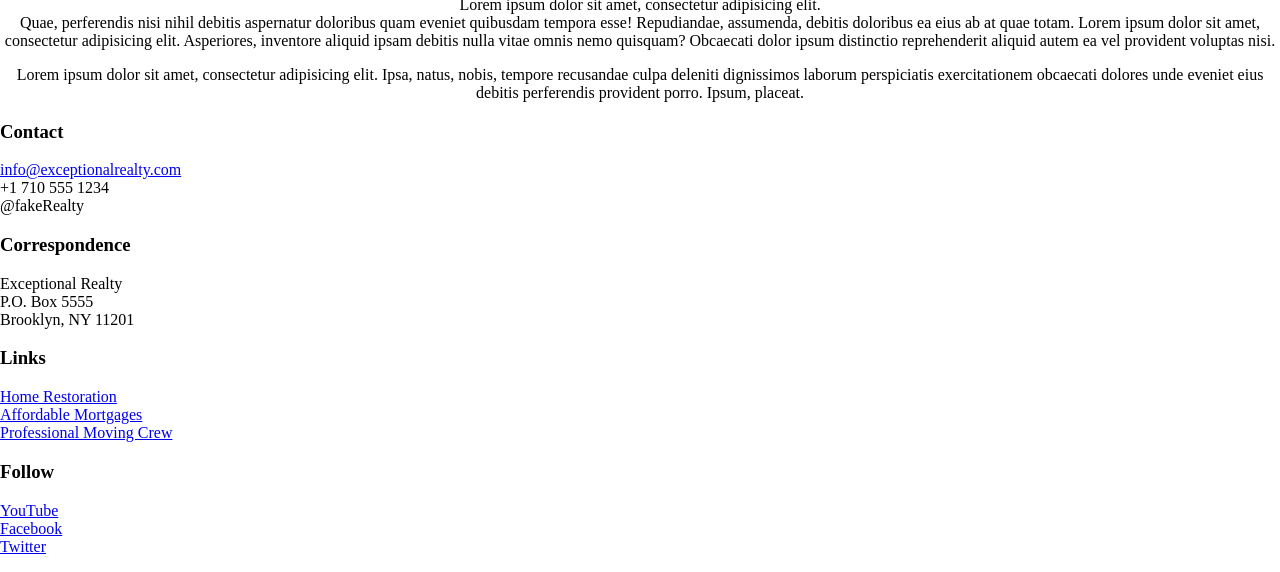
Repository: peterclermy232/phase-0-css-fundamentals-lab
Page: index.html
An editor plug-in stored every save of this project. The page is shown before and after a run of saves, followed by the edit.
The browser window is 1280 px wide. The pictures show the part of the page from y = 456 to 1028 px (the page is 1028 px tall).
A picture or video elsewhere on the page could not be fetched, so the positions and the page height are approximate.

Above is the page before, as saved 2022-05-29 19:38:03.

After the next 2 saves:
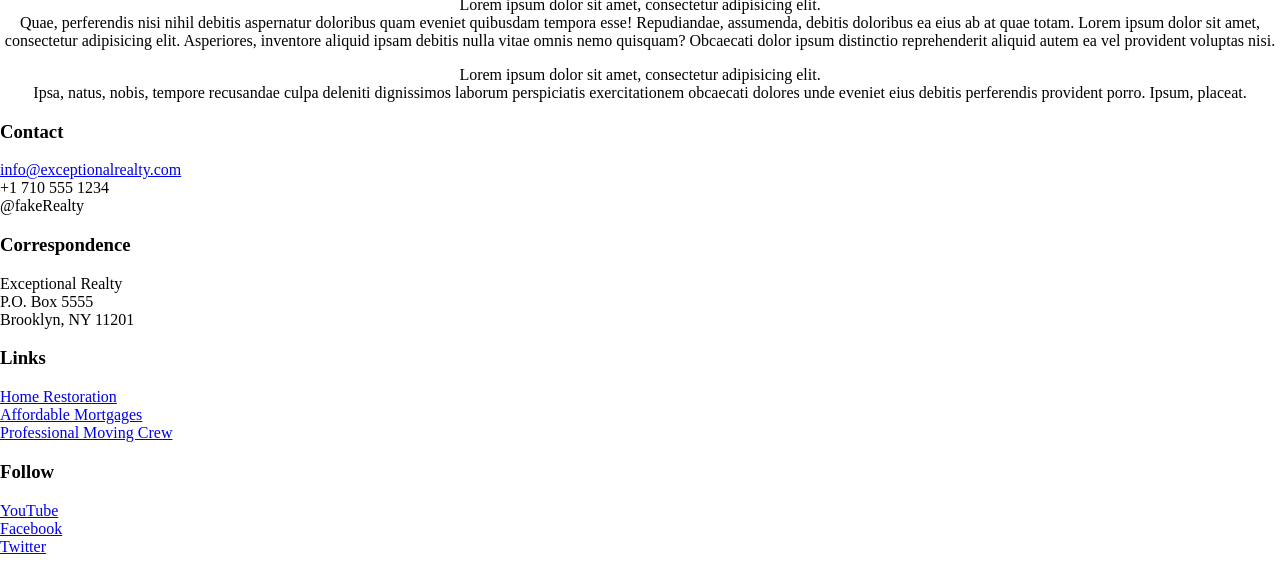
The 2 saves are shown as one change because they came seconds apart.
The last was saved 7 s later.
--- a/index.html
+++ b/index.html
@@ -28,7 +28,7 @@
       </figure>
 
       <p class="text">Lorem ipsum dolor sit amet, consectetur adipisicing elit.<br> Quae, perferendis nisi nihil debitis aspernatur doloribus quam eveniet quibusdam tempora esse! Repudiandae, assumenda, debitis doloribus ea eius ab at quae totam. Lorem ipsum dolor sit amet, consectetur adipisicing elit. Asperiores, inventore aliquid ipsam debitis nulla vitae omnis nemo quisquam? Obcaecati dolor ipsum distinctio reprehenderit aliquid autem ea vel provident voluptas nisi.</p>
-      <p class="text">Lorem ipsum dolor sit amet, consectetur adipisicing elit. Ipsa, natus, nobis, tempore recusandae culpa deleniti dignissimos laborum perspiciatis exercitationem obcaecati dolores unde eveniet eius debitis perferendis provident porro. Ipsum, placeat.</p>
+      <p class="text">Lorem ipsum dolor sit amet, consectetur adipisicing elit. <br>Ipsa, natus, nobis, tempore recusandae culpa deleniti dignissimos laborum perspiciatis exercitationem obcaecati dolores unde eveniet eius debitis perferendis provident porro. Ipsum, placeat.</p>
     </section>
 
     <section id="details">
